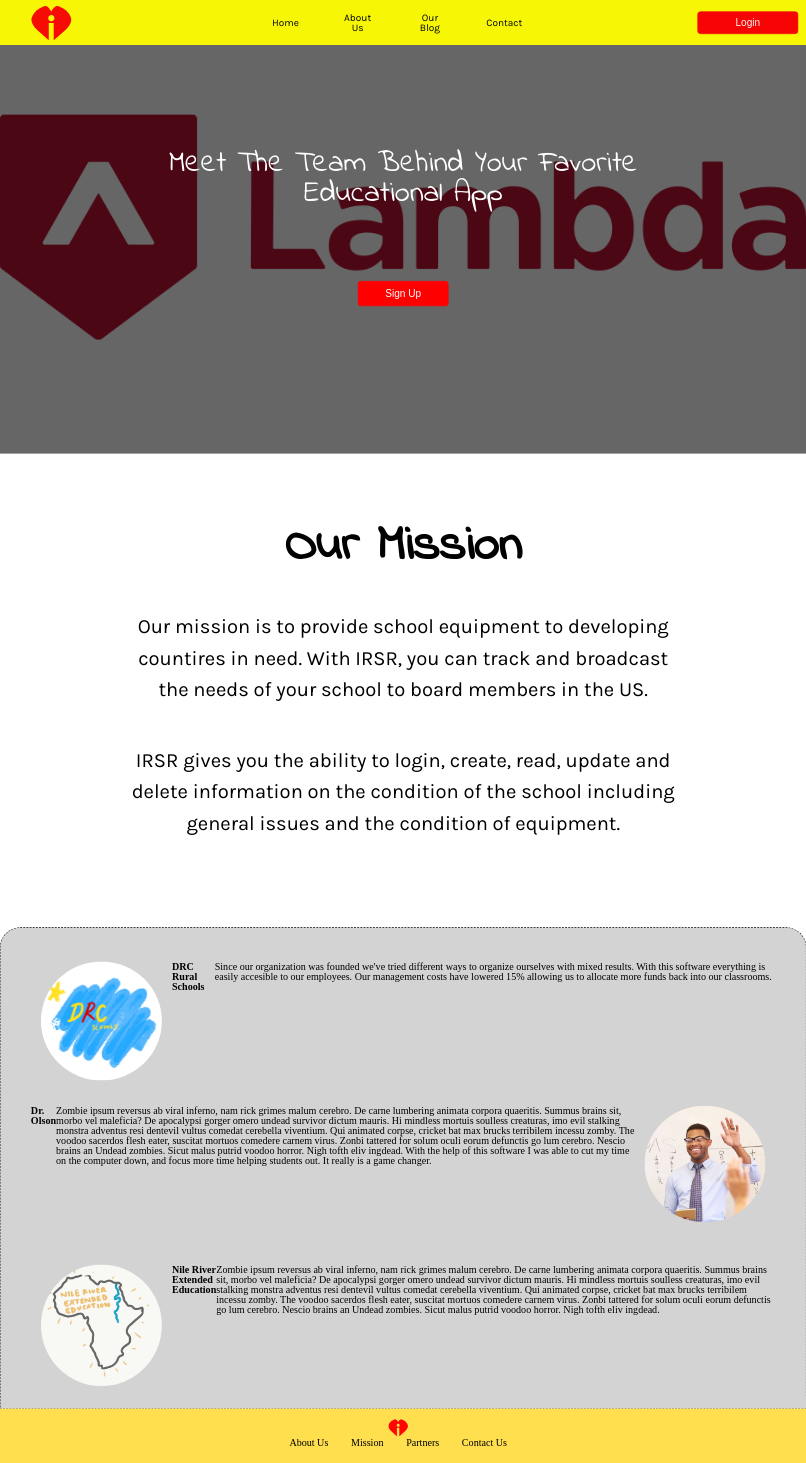
Repository: internationalrural-school-report/maketing-page
Page: about-us.html
These files come from the project's save history. The page is drawn as it stood at one moment and after the next save; the edit follows.
The browser window is 1280 px wide. The pictures show the whole page, at 63% of full size.
Backgrounds fixed to the window are drawn as part of the page.

Above is the page before, as saved 2019-08-29 14:31:07.

After the next save:
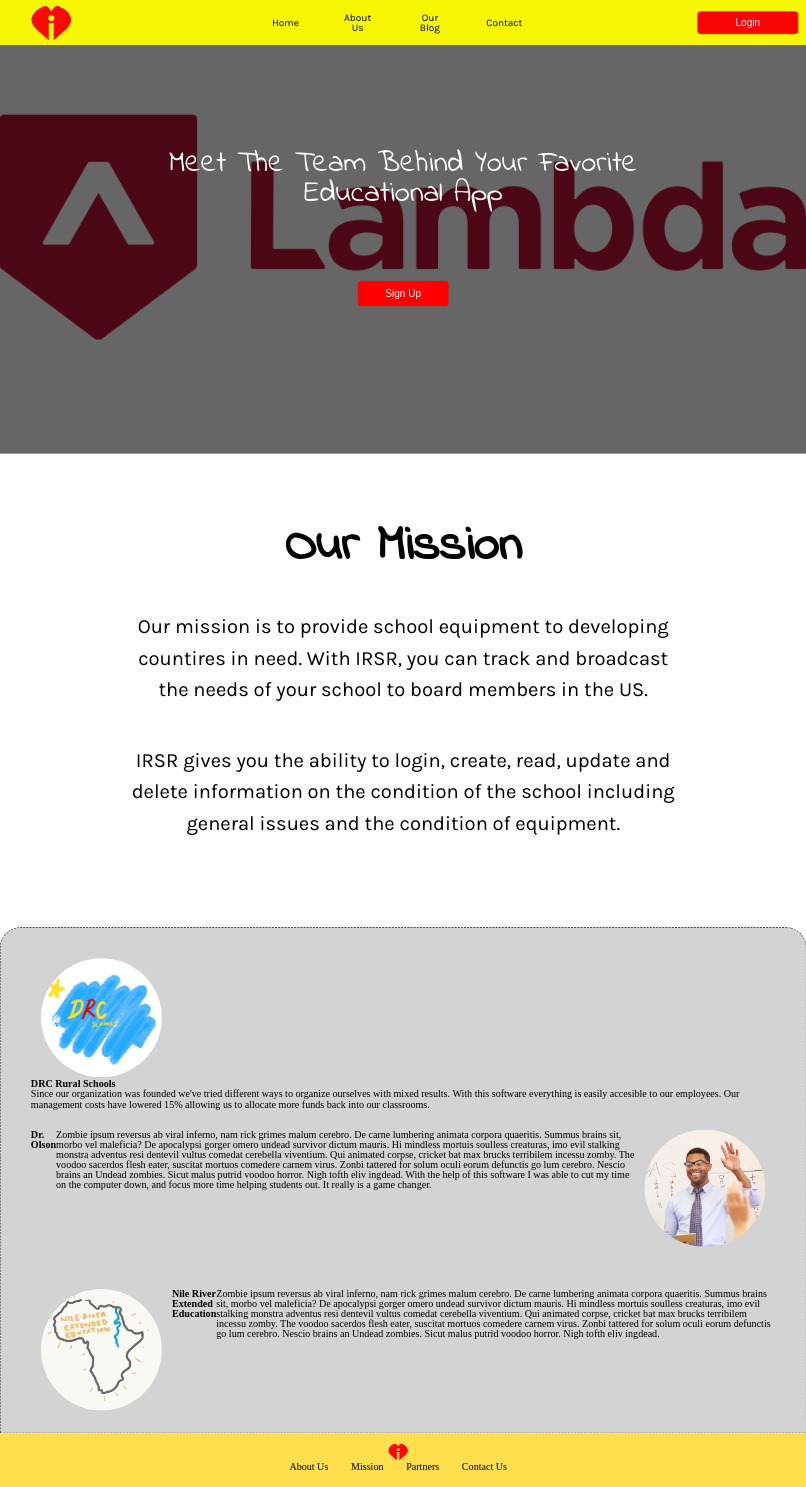
Saved 36 s later.
--- a/about-us-marketing.css
+++ b/about-us-marketing.css
@@ -358,7 +358,7 @@
   padding-right: 3rem;
 
 }
-.first-testimonial {
+.first-member {
   display: flex;
   flex-wrap: row wrap;
   padding-bottom: 0.3rem;

After the save that followed:
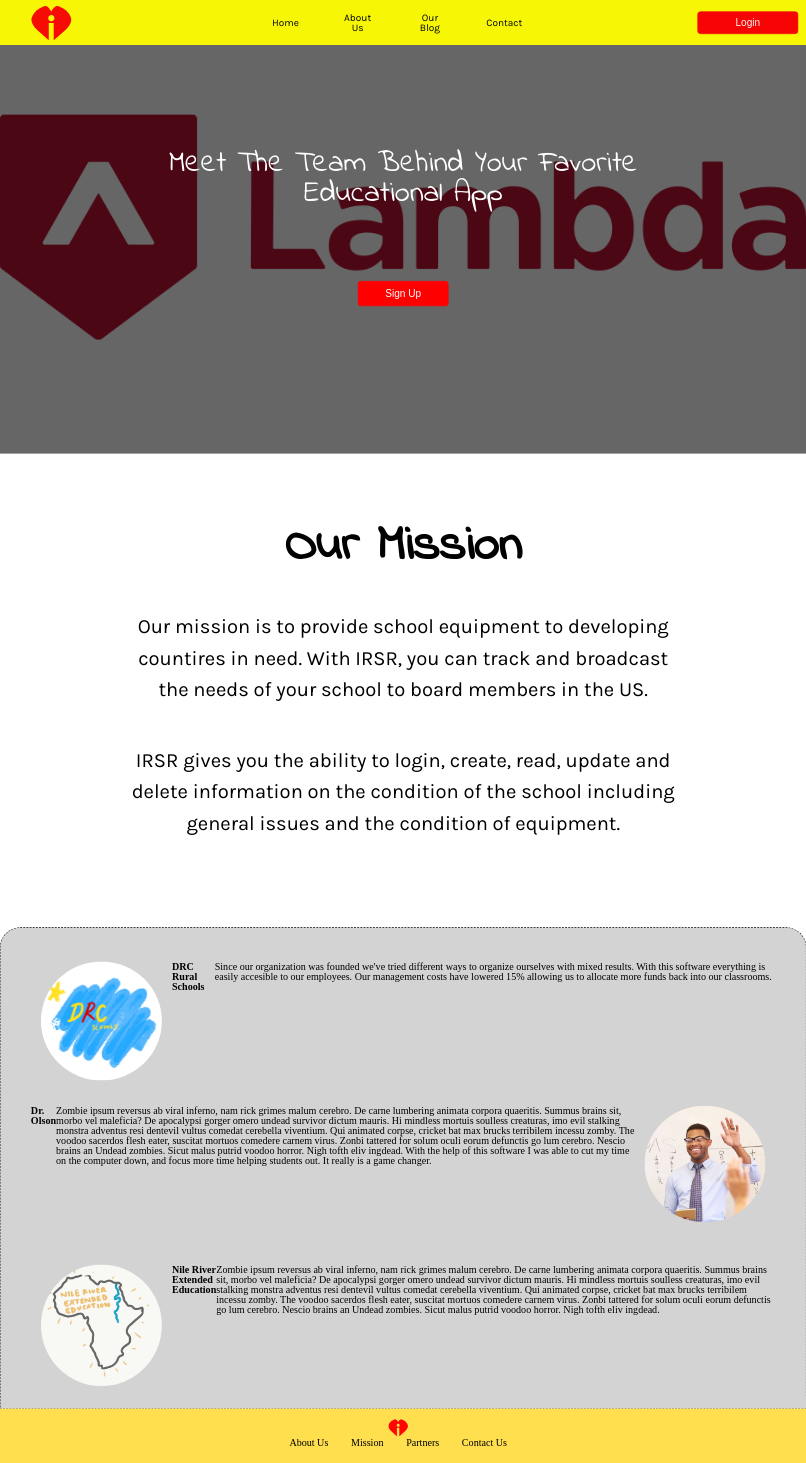
Saved 10 s later.
--- a/about-us.html
+++ b/about-us.html
@@ -84,7 +84,7 @@
 
     <!--OUR INFO-->
     <section class="testimonials">
-      <div class="first-testimonial">
+      <div class="first-member">
           <div>
             <img src="Images/DRC-logo.jpg" alt="Image of DRC Schools Logo">
           </div>
